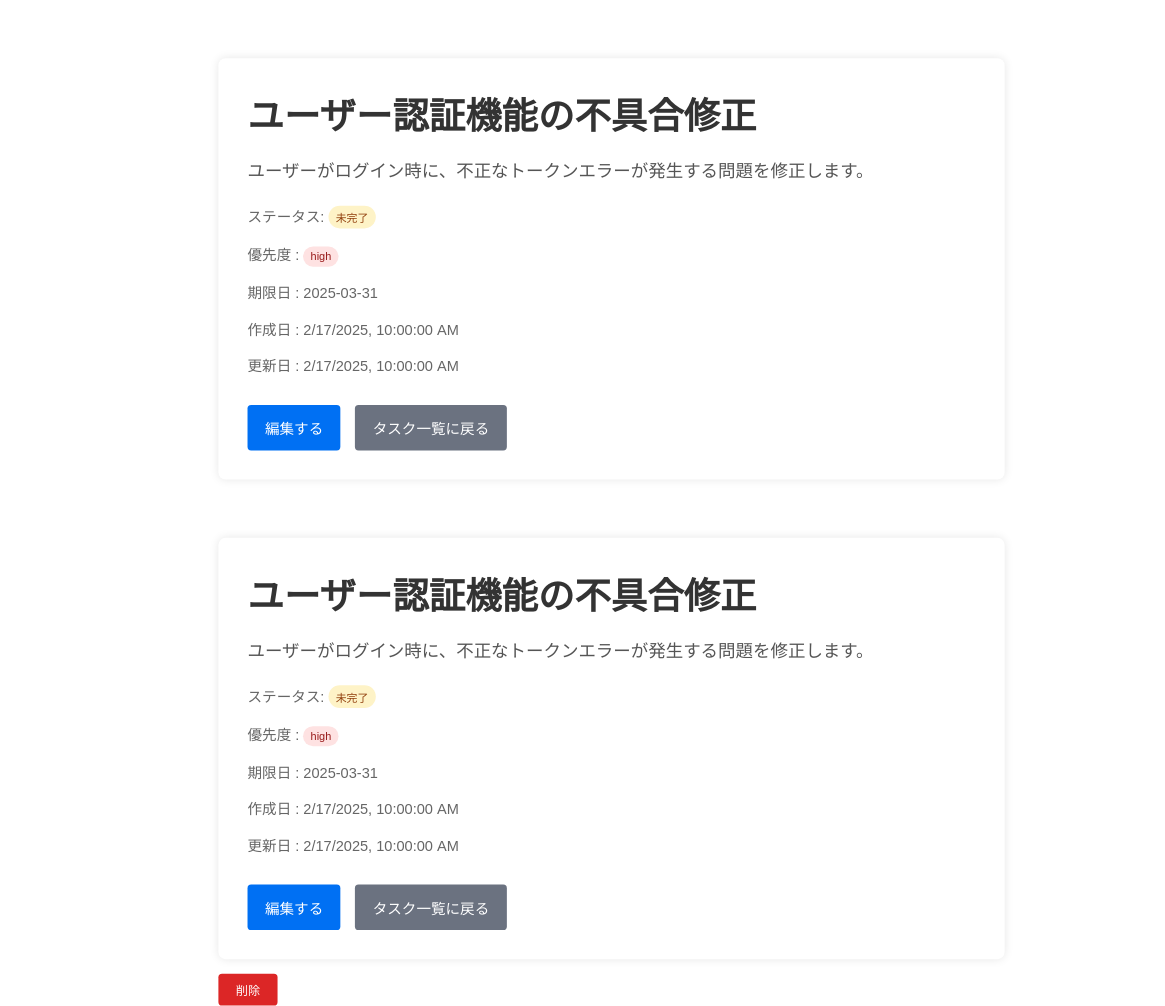
Repository: s1ros75/react-task-app
Page: /tasks/1
An editor plug-in stored every save of this project. The page is shown before and after the next save, followed by the edit.
The browser window is 1280 px wide. The pictures show the whole page, at 91% of full size.
The project was rebuilt for these pictures with package versions that can differ from the ones it lists, and the page was loaded fresh each time. Also part of the build but not shown: vite.config.ts, src/styles/home.module.css, src/pages/home/index.tsx, src/features/tasks/hooks/getTasks.ts, src/features/tasks/styles/taskCard.module.css, src/features/tasks/utils/priority.ts, src/features/tasks/utils/status-label.ts, src/features/tasks/components/TaskCard.tsx and 11 more.

Above is the page before, as saved 2026-01-17 23:07:13.

After the next save:
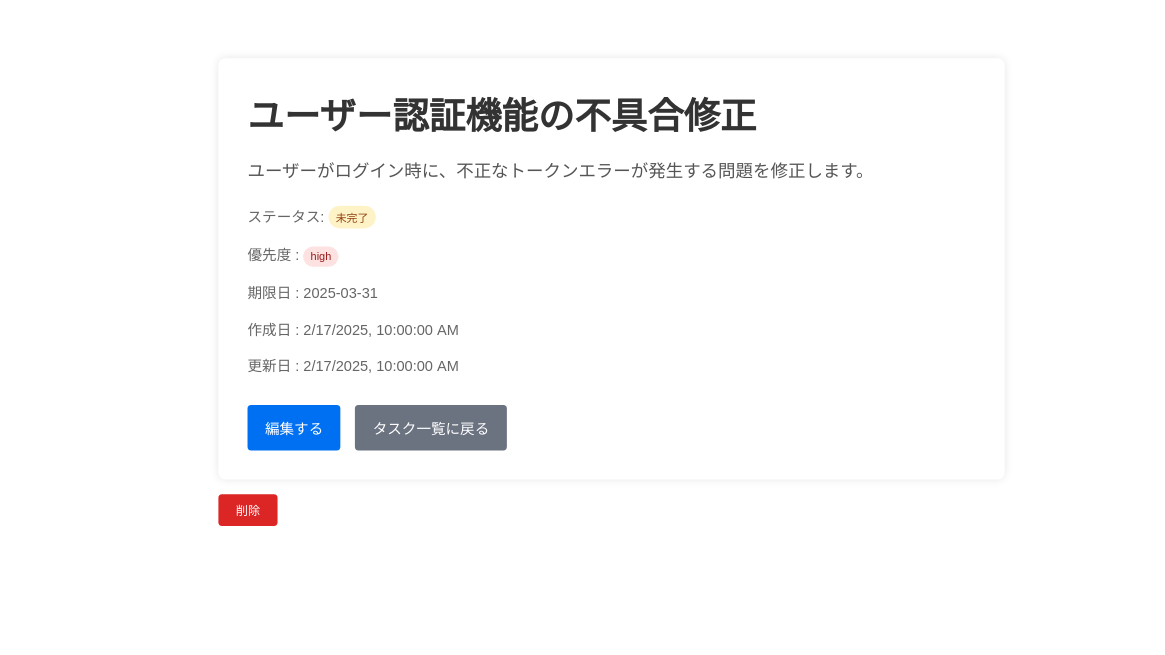
Saved 9 s later.
--- a/src/features/tasks/containers/TaskDetailContainer.tsx
+++ b/src/features/tasks/containers/TaskDetailContainer.tsx
@@ -37,11 +37,8 @@ export default function TaskDetailContainer() {
   return (
     <div className={styles.taskDetailContainer}>
       <TaskDetail task={task} />
-      <div className={styles.taskDetailContainer}>
-        <TaskDetail task={task} />
-        <div>
-          <TaskDeleteButton id={id} /> {/* 削除ボタンコンポーネントを追加 */}
-        </div>
+      <div>
+        <TaskDeleteButton id={id} /> {/* 削除ボタンコンポーネントを追加 */}
       </div>
     </div>
   );
